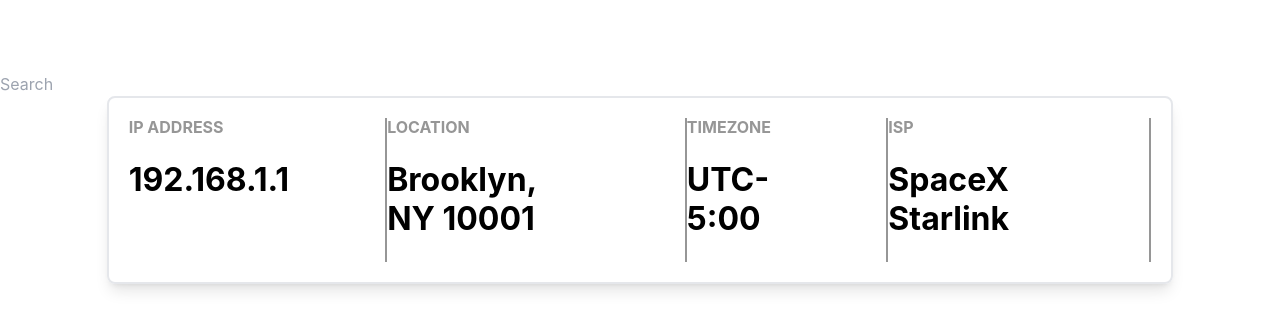
Repository: Dealsy/IP-Tracker
Page: /
An editor plug-in stored every save of this project. The page is shown before and after the next save, followed by the edit.
The browser window is 1280 px wide. The pictures show the whole page.
The project was rebuilt for these pictures with package versions that can differ from the ones it lists, and the page was loaded fresh each time. The framework's server and built-in components were replaced by stand-ins that run in the browser. Also part of the build but not shown: next.config.js, styles/Home.module.css.

Above is the page before, as saved 2022-04-21 21:29:48.

### pages/index.js
import Head from "next/head";
import Image from "next/image";
import styles from "../styles/Home.module.css";

export default function Home() {
  return (
    <div>
      <Head>
        <title>Create Next App</title>
        <meta name="description" content="Generated by create next app" />
        <link rel="icon" href="/favicon.ico" />
      </Head>

      <main>
        <h1 className="text-white">IP Address Tracker</h1>
        <input type="search" placeholder="Search" />
        <div className="flex flex-row justify-evenly border-2 shadow-lg w-5/6 m-auto rounded-lg p-5">
          <div className=" border-r-2 border-Gray pr-24">
            <h3>IP ADDRESS</h3>
            <h2> 192.168.1.1 </h2>
          </div>
          <div className=" border-r-2 border-Gray pr-24">
            <h3> LOCATION </h3>
            <h2> Brooklyn, NY 10001 </h2>
          </div>
          <div className=" border-r-2 border-Gray pr-24">
            <h3>TIMEZONE</h3>
            <h2> UTC-5:00 </h2>
          </div>
          <div className=" border-r-2 border-Gray pr-24">
            <h3>ISP</h3>
            <h2>SpaceX Starlink</h2>
          </div>
        </div>
      </main>

      <footer></footer>
    </div>
  );
}

### styles/globals.css
@tailwind base;
@tailwind components;
@tailwind utilities;


h1 {
  font-size: 2.5rem;
  font-weight: 700;
  line-height: 1.2;
  margin-bottom: 1.5rem;
}

h2 {
  font-size: 2rem;
  font-weight: 700;
  line-height: 1.2;
  margin-bottom: 1.5rem;
}

h3 {
  font-size: 1rem;
  font-weight: 700;
  line-height: 1.2;
  margin-bottom: 1.5rem;
  color: #969696;
}


html,
body {
  padding: 0;
  margin: 0;
  font-family: -apple-system, BlinkMacSystemFont, Segoe UI, Roboto, Oxygen,
    Ubuntu, Cantarell, Fira Sans, Droid Sans, Helvetica Neue, sans-serif;
}

a {
  color: inherit;
  text-decoration: none;
}

* {
  box-sizing: border-box;
}

### tailwind.config.js
module.exports = {
  content: [
    "./pages/**/*.{js,ts,jsx,tsx}",
    "./components/**/*.{js,ts,jsx,tsx}",
  ],
  theme: {
    extend: {
      colors: {
        "Dark-Gray": "#2b2b2b",
        Gray: "#969696",
      },
    },
  },
  plugins: [],
};

Loaded but not shown: pages/_app.js (common file)

After the next save:
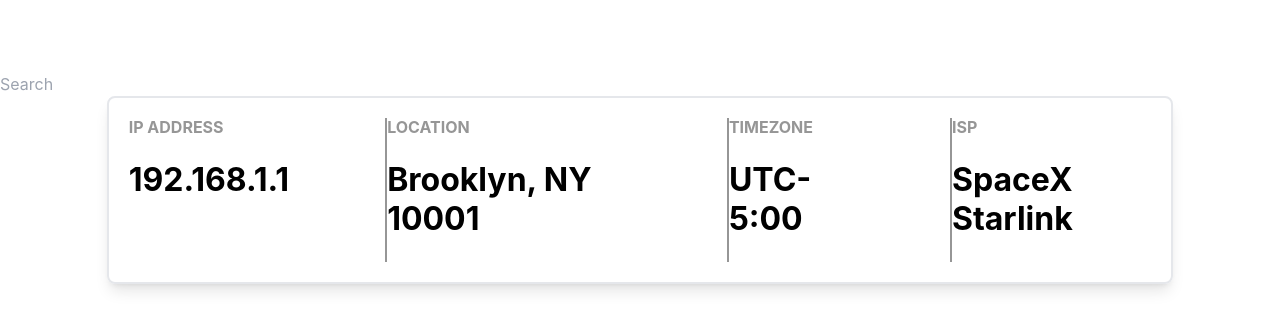
Saved 5 s later.
--- a/pages/index.js
+++ b/pages/index.js
@@ -27,7 +27,7 @@
             <h3>TIMEZONE</h3>
             <h2> UTC-5:00 </h2>
           </div>
-          <div className=" border-r-2 border-Gray pr-24">
+          <div>
             <h3>ISP</h3>
             <h2>SpaceX Starlink</h2>
           </div>
